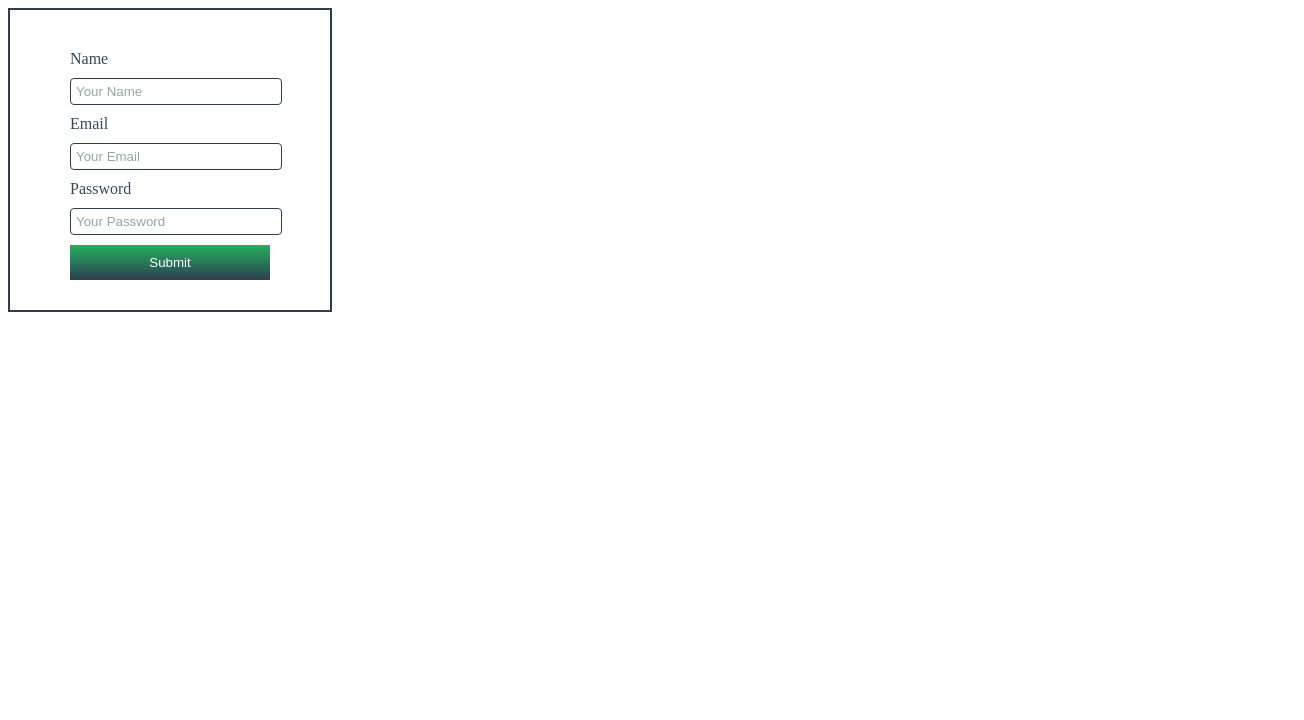
Repository: tianjiewang2022/tianjiewang2022.github.io
Page: index.html
An editor plug-in stored every save of this project. The page is shown before and after the next save, followed by the edit.
The browser window is 1280 px wide. The page is 1280 px wide, then 1304 px, so the pictures cover 1304 px, including what lies to the right of the window. The pictures show the whole page.

Above is the page before, as saved 2023-10-03 18:39:57.

After the next save:
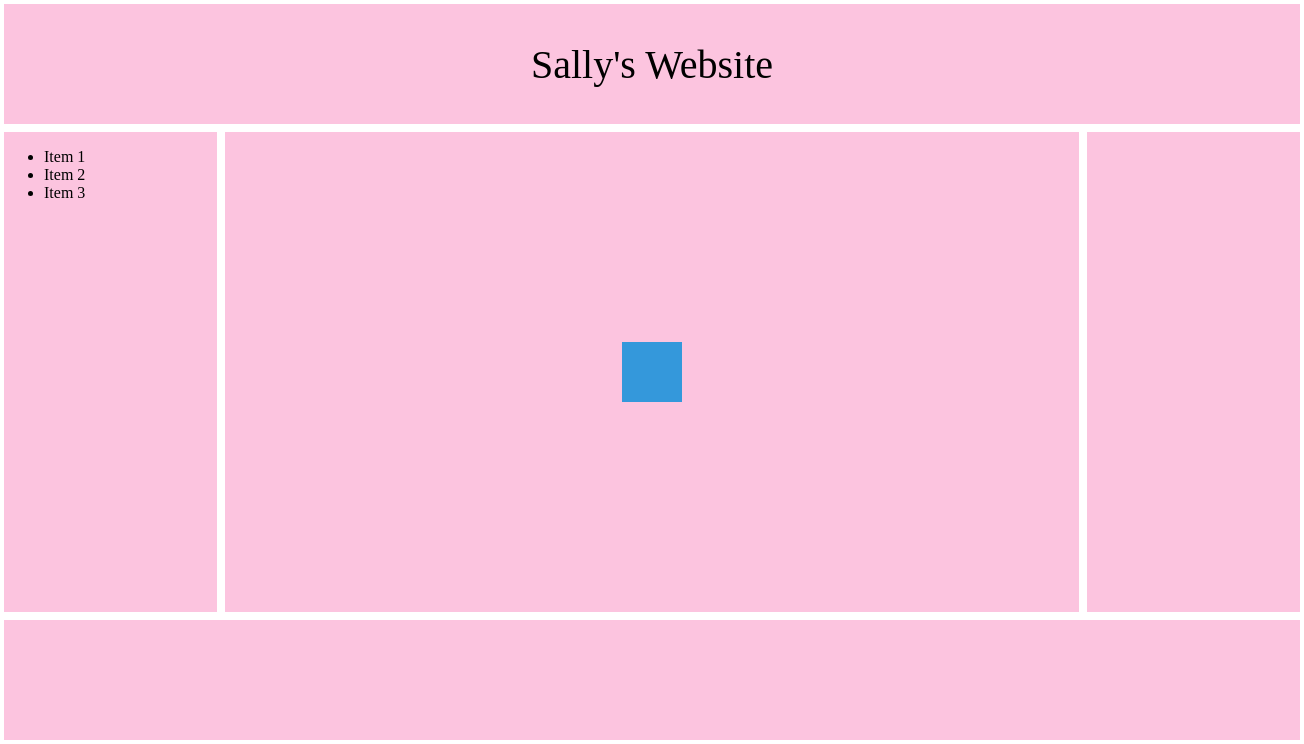
Saved 7 min 22 s later.
--- a/index.html
+++ b/index.html
@@ -1,70 +1,129 @@
 <!DOCTYPE html>
-<html>
+<html lang="en">
 
     <head>
+        <meta charset="UTF-8">
+        <meta name="viewport" content="width=device-width, initial-scale=1.0">
+        <title>Sally's Webpage</title>
         <style>
-            /* CSS for the form container */
-            .form-container {
-                width: 200px;
-                border: 2px solid #2c3e50;
-                padding: 40px 60px 30px;
-                display: inline-block;
+            body {
+                margin: 0;
+                padding: 0;
+                display: grid;
+                grid-template-rows: repeat(6, 1fr);
+                grid-template-columns: repeat(6, 1fr);
+                height: 100vh;
             }
 
-            /* CSS for labels */
-            label {
-                color: #34495e;
-                display: block;
-                margin-bottom: 10px;
+            header {
+                background-color: rgb(252, 196, 223);
+                color: rgb(0, 0, 0);
+                grid-column: 1 / span 6;
+                grid-row: 1 / span 1;
+                display: flex;
+                justify-content: center;
+                align-items: center;
+                font-size: 40px;
+                z-index: 100;
+                height: calc(100vh / 6);
+                /* Set the height of the header */
+                border: 4px solid #fff;
             }
 
-            /* CSS for input fields */
-            input {
-                width: 100%;
-                padding: 5px;
-                margin-bottom: 10px;
-                border: 1px solid #2c3e50;
-                border-radius: 4px;
-                color: #2c3e50;
+            .left_bar {
+                background-color: rgb(252, 196, 223);
+                grid-row: 2 / span 4;
+                grid-column: 1 / span 1;
+                height: calc(4 * (100vh / 6));
+                /* Set the height of the left bar */
+                width: calc(1 * (100vw / 6));
+                /* Set the width of the left bar */
+                /* Position the left bar at the left side */
+                border: 4px solid #fff;
             }
 
-            /* CSS for placeholder text color */
-            input::placeholder {
-                color: #95a5a6;
+            .main_area {
+                background-color: rgb(252, 196, 223);
+                grid-row: 2 / span 4;
+                grid-column: 2 / span 4;
+                display: flex;
+                grid-template-columns: 1fr;
+                flex-wrap: wrap;
+                justify-content: center;
+                position: relative;
+                height: calc(4 * (100vh / 6));
+                width: calc(4 * (100vw / 6));
+                align-items: center;
+                border: 4px solid #fff;
             }
 
-            /* CSS for the Submit button */
-            button {
-                width: 100%;
-                background: linear-gradient(to bottom, #27ae60, #2c3e50);
-                color: white;
-                border: none;
-                padding: 10px;
+            /* Initial box style */
+            .box {
+                width: 60px;
+                height: 60px;
+                background-color: #3498db;
+                /* Initial color */
+                transition: all 0.5s ease;
+                /* Transition duration and timing function */
                 cursor: pointer;
+                /* Change cursor to pointer on hover */
             }
 
-            /* CSS for button hover effect */
-            button:hover {
-                cursor: pointer;
+            /* Hover effect */
+            .box:hover {
+                width: 120px;
+                height: 120px;
+                background-color: #a72dfe;
+                /* New color on hover */
+            }
+
+            .right_bar {
+                background-color: rgb(252, 196, 223);
+                grid-row: 2 / span 4;
+                grid-column: 6 / span 1;
+                height: calc(4 * (100vh / 6));
+                /* Set the height of the left bar */
+                width: calc(1 * (100vw / 6));
+                /* Set the width of the left bar */
+                /* Position the left bar at the left side */
+                border: 4px solid #fff;
+            }
+
+            footer {
+                background-color: rgb(252, 196, 223);
+                grid-column: 1 / span 6;
+                grid-row: 6 / span 1;
+                /* Place the footer in the last row */
+                display: flex;
+                justify-content: center;
+                align-items: center;
+                z-index: 100;
+                height: calc(100vh / 6);
+                /* Set the height of the footer */
+                border: 4px solid #fff;
             }
         </style>
     </head>
 
     <body>
-        <div class="form-container">
-            <form>
-                <label for="name">Name</label>
-                <input type="text" id="name" name="name" placeholder="Your Name">
+        <header>
+            Sally's Website
+        </header>
 
-                <label for="email">Email</label>
-                <input type="email" id="email" name="email" placeholder="Your Email">
+        <!-- Your content goes here -->
+        <div class="left_bar">
+            <ul>
+                <li>Item 1</li>
+                <li>Item 2</li>
+                <li>Item 3</li>
+            </ul>
+        </div>
+        <div class="main_area">
+            <div class="box"></div> <!-- Centered box -->
+        </div>
+        <span class="right_bar"></span>
 
-                <label for="message">Password</label>
-                <input type="text" id="message" name="message" placeholder="Your Password">
-
-                <button type="submit">Submit</button>
-            </form>
-        </div>
+        <footer></footer>
     </body>
 
 </html>
